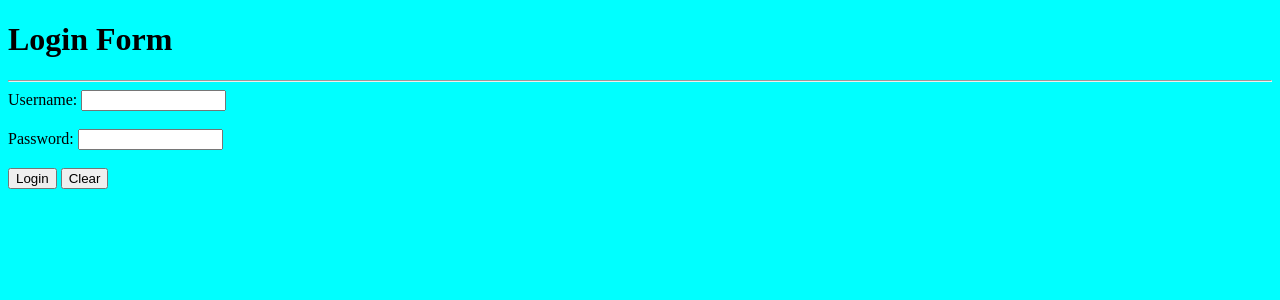
Repository: MalykaK/servlets
Page: LoginApp/WebContent/Login.html
The author's editor kept a copy of each file at every save. The page is drawn from the files as they stood at one save, then again after a run of saves.
The browser window is 1280 px wide. The pictures show the whole page.

Above is the page before, as saved 2018-09-05 10:11:51.

### LoginApp/WebContent/Login.html
<!DOCTYPE html>
<html>
<head>
<meta charset="ISO-8859-1">
<title>Insert title here</title>
</head>
<body bgcolor="cyan">
<h1>Login Form</h1>
<hr>
<form action="login" method="post">
<label>Username:</label>
<input type="text" name="username" size="15"/>
<br><br>
<label>Password:</label>
<input type="password" name="password" size="15"/>
<br><br>
<input type="Submit" value="Login"/>
<input type="reset" value="Clear"/>

</form>

</body>
</html>

After the next 2 saves:
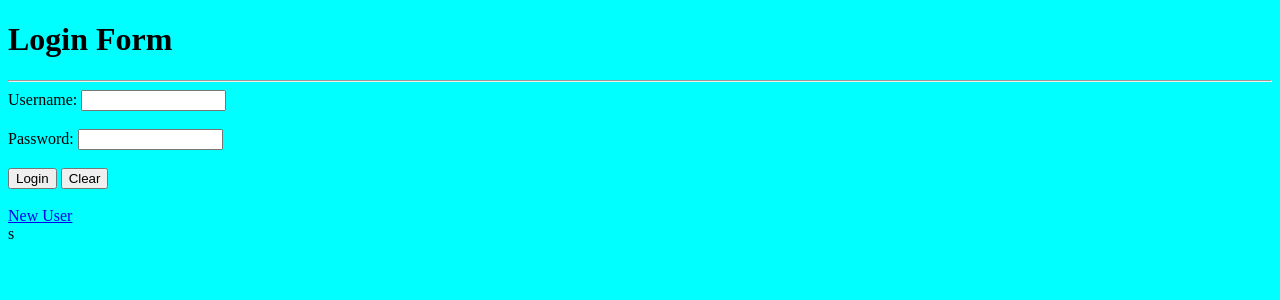
The 2 saves are shown as one change because they came seconds apart.
The last was saved 3 min 41 s later.
--- a/LoginApp/WebContent/Login.html
+++ b/LoginApp/WebContent/Login.html
@@ -2,7 +2,7 @@
 <html>
 <head>
 <meta charset="ISO-8859-1">
-<title>Insert title here</title>
+<title>Login Page</title>
 </head>
 <body bgcolor="cyan">
 <h1>Login Form</h1>
@@ -16,8 +16,9 @@
 <br><br>
 <input type="Submit" value="Login"/>
 <input type="reset" value="Clear"/>
-
+<br><br>
+<a href="registration.html">New User</a>
 </form>
 
 </body>
-</html>
+</html>s
